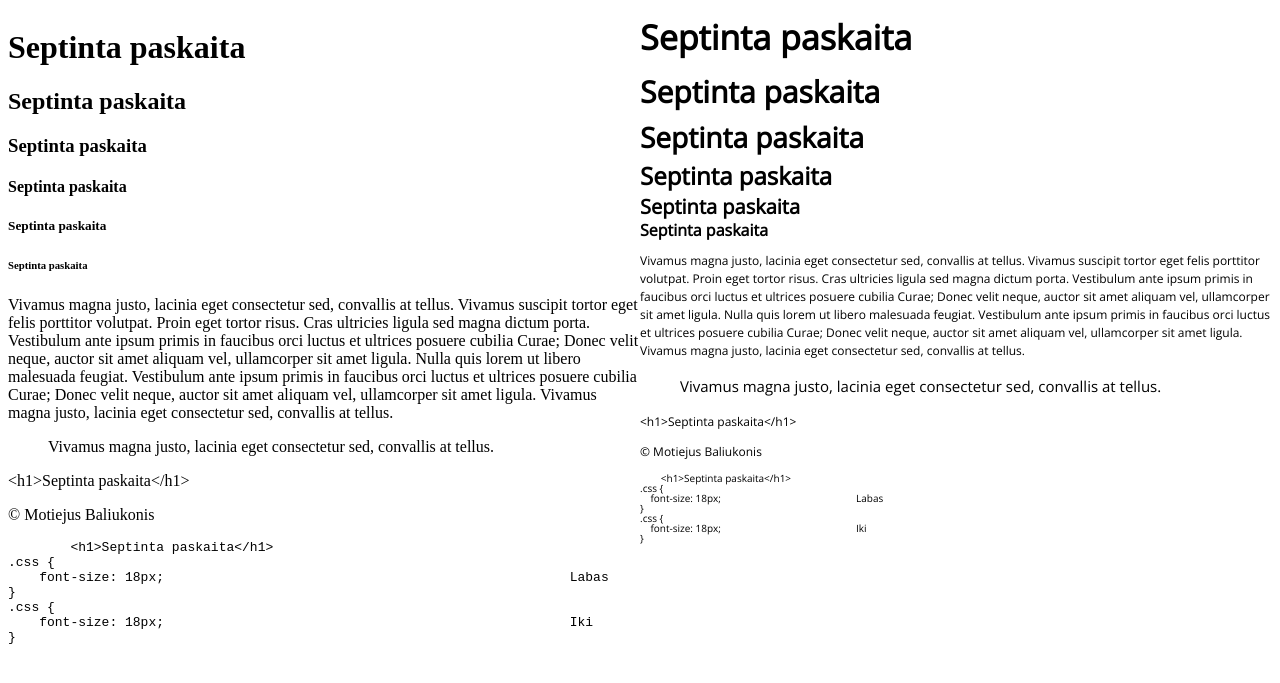
Repository: motiejus1/07-paskaita-05.31
Page: index.html
The author's editor kept a copy of each file at every save. The page is drawn from the files as they stood at one save, then again after the next save.
The browser window is 1280 px wide. The pictures show the whole page.

Above is the page before, as saved 2021-06-10 20:21:13.

### index.html
<!DOCTYPE html>
<html lang="en">
<head>
    <meta charset="UTF-8">
    <meta http-equiv="X-UA-Compatible" content="IE=edge">
    <meta name="viewport" content="width=device-width, initial-scale=1.0">
    <title>Septinta paskaita</title>

    <link rel="preconnect" href="https://fonts.gstatic.com">
    <link href="https://fonts.googleapis.com/css2?family=Open+Sans&display=swap" rel="stylesheet">

    <style>
        .container {
            width: 100%;
        }

        .left, .right {
            float:left;
            width: 50%;
        }

        .right {
            font-family: 'Open Sans', sans-serif;
        }

        .right pre {
            font-family: 'Open Sans', sans-serif;
            font-size: 10px;
            line-height: 1;
            color:
        }

        .right h1, .right h2, .right h3, .right h4, .right h5, .right h6 {
            margin: 0;
            font-weight: 700;
        }

        .right h1 {
            /* font-family: 'Open Sans', sans-serif; */
            font-size: 34px;
            line-height: 1.75;
        }

        .right h2 {
            font-size: 30px;
            line-height: 1.6;
        }

        .right h3 {
            font-size: 28px;
            line-height: 1.5;
        }

        .right h4 {
            font-size: 24px;
            line-height: 1.5;
        }

        .right h5 {
            font-size: 20px;
            line-height: 1.3;
        }

        .right h6 {
            font-size: 16px;
            line-height: 1.3;
        }

        .right p {
            font-size: 12px;
            line-height: 1.5;
            font-weight: 400;
        }

        .right blockquote {
            font-size: 15px;
            line-height: 1.5;
            font-weight: 400;
        }

    </style>
</head>
<body>
    <div class="container">
        <div class="left">
            <h1>Septinta paskaita</h1>
            <h2>Septinta paskaita</h2>
            <h3>Septinta paskaita</h3>
            <h4>Septinta paskaita</h4>
            <h5>Septinta paskaita</h5>
            <h6>Septinta paskaita</h6>

            <p>Vivamus magna justo, lacinia eget consectetur sed, convallis at tellus. Vivamus suscipit tortor eget felis porttitor volutpat. Proin eget tortor risus. Cras ultricies ligula sed magna dictum porta. Vestibulum ante ipsum primis in faucibus orci luctus et ultrices posuere cubilia Curae; Donec velit neque, auctor sit amet aliquam vel, ullamcorper sit amet ligula. Nulla quis lorem ut libero malesuada feugiat. Vestibulum ante ipsum primis in faucibus orci luctus et ultrices posuere cubilia Curae; Donec velit neque, auctor sit amet aliquam vel, ullamcorper sit amet ligula. Vivamus magna justo, lacinia eget consectetur sed, convallis at tellus.</p>

            <blockquote>Vivamus magna justo, lacinia eget consectetur sed, convallis at tellus.</blockquote>

            <p> &lt;h1&gt;Septinta paskaita&lt;/h1&gt;  </p>
            <p>&copy; Motiejus Baliukonis</p>

            <pre>
        &lt;h1&gt;Septinta paskaita&lt;/h1&gt;
.css {
    font-size: 18px;                                                    Labas
}
.css {
    font-size: 18px;                                                    Iki
}
            </pre>
        </div>
        <div class="right">
            <h1>Septinta paskaita</h1>
            <h2>Septinta paskaita</h2>
            <h3>Septinta paskaita</h3>
            <h4>Septinta paskaita</h4>
            <h5>Septinta paskaita</h5>
            <h6>Septinta paskaita</h6>

            <p>Vivamus magna justo, lacinia eget consectetur sed, convallis at tellus. Vivamus suscipit tortor eget felis porttitor volutpat. Proin eget tortor risus. Cras ultricies ligula sed magna dictum porta. Vestibulum ante ipsum primis in faucibus orci luctus et ultrices posuere cubilia Curae; Donec velit neque, auctor sit amet aliquam vel, ullamcorper sit amet ligula. Nulla quis lorem ut libero malesuada feugiat. Vestibulum ante ipsum primis in faucibus orci luctus et ultrices posuere cubilia Curae; Donec velit neque, auctor sit amet aliquam vel, ullamcorper sit amet ligula. Vivamus magna justo, lacinia eget consectetur sed, convallis at tellus.</p>

            <blockquote>Vivamus magna justo, lacinia eget consectetur sed, convallis at tellus.</blockquote>

            <p> &lt;h1&gt;Septinta paskaita&lt;/h1&gt;  </p>
            <p>&copy; Motiejus Baliukonis</p>

            <pre>
        &lt;h1&gt;Septinta paskaita&lt;/h1&gt;
.css {
    font-size: 18px;                                                    Labas
}
.css {
    font-size: 18px;                                                    Iki
}
            </pre>
        </div>
    </div>
</body>
</html>

After the next save:
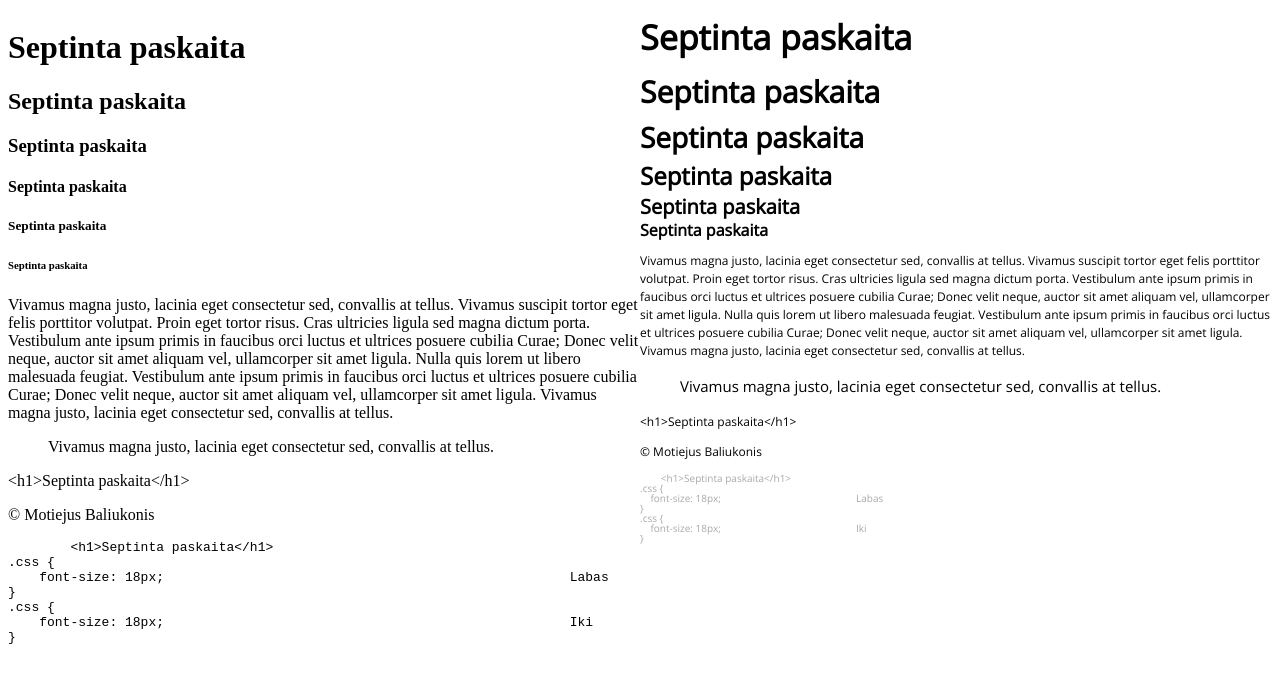
Saved 9 s later.
--- a/index.html
+++ b/index.html
@@ -27,7 +27,7 @@
             font-family: 'Open Sans', sans-serif;
             font-size: 10px;
             line-height: 1;
-            color:
+            color:darkgrey
         }
 
         .right h1, .right h2, .right h3, .right h4, .right h5, .right h6 {
